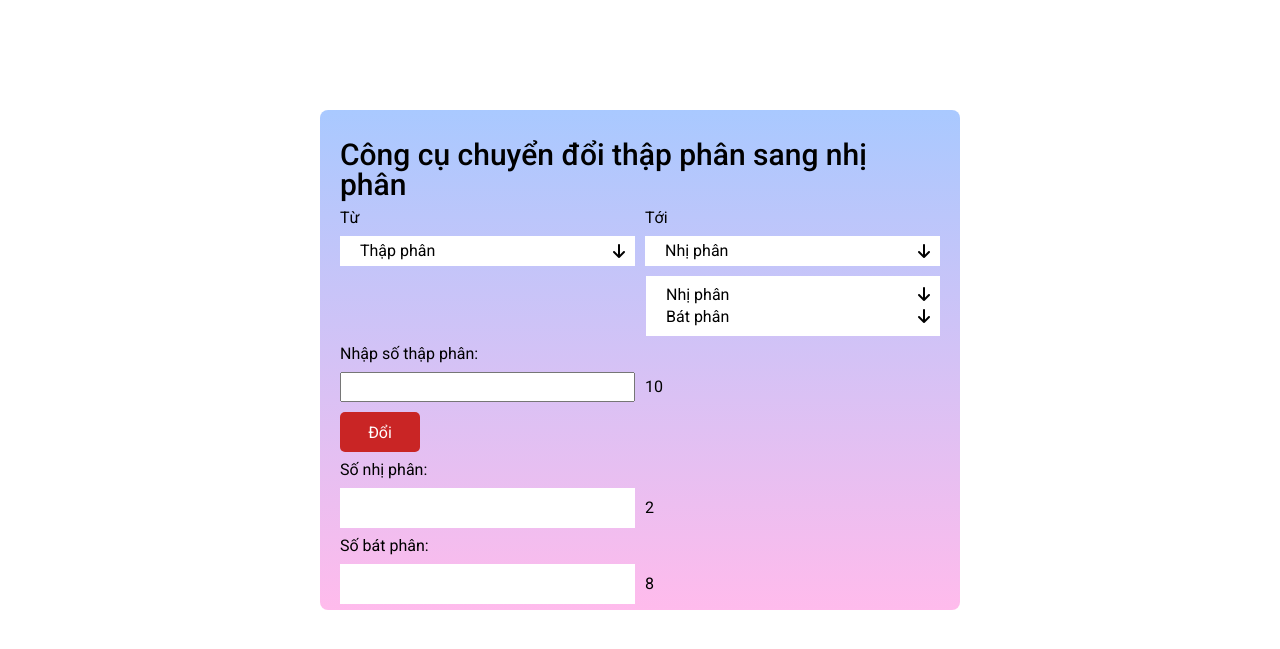
Repository: thuanpham00/covertNumber
Page: index.html
The author's editor kept a copy of each file at every save. The page is drawn from the files as they stood at one save, then again after the next save.
The browser window is 1280 px wide. The pictures show the whole page.
Some web libraries are served in a nearby version. The style sheet was rebuilt from its Sass, Less or Tailwind sources for each picture, by a compiler version that may differ from the author's.

Above is the page before, as saved 2023-11-05 16:47:41.
Console error: TypeError: Cannot read properties of null (reading 'addEventListener')

### index.html
<!DOCTYPE html>
<html lang="en">
    <head>
        <meta charset="UTF-8" />
        <meta name="viewport" content="width=device-width, initial-scale=1.0" />
        <title>Convert Number</title>
        <link rel="stylesheet" href="./assets/css/main.css" />
        <link rel="preconnect" href="https://fonts.googleapis.com" />
        <link rel="preconnect" href="https://fonts.gstatic.com" crossorigin />
        <link
            href="https://fonts.googleapis.com/css2?family=Roboto:wght@400;500;700;900&display=swap"
            rel="stylesheet"
        />
        <script src="https://kit.fontawesome.com/3115b3f4f1.js"></script>
    </head>
    <body>
        <div class="container">
            <h1 class="title">Công cụ chuyển đổi thập phân sang nhị phân</h1>
            <div class="row">
                <span class="row__desc">Từ</span>
                <span class="row__desc">Tới</span>
            </div>
            <div class="row">
                <div class="row__type">
                    <div class="row__item">Thập phân</div>
                    <div class="row__icon">
                        <i class="fa-solid fa-arrow-down"></i>
                    </div>
                </div>

                <div class="row__type">
                    <div class="row__item">Nhị phân</div>
                    <div class="row__icon">
                        <i class="fa-solid fa-arrow-down"></i>
                    </div>
                </div>
            </div>
            <div class="list">
                <div class="list__item">
                    <div class="row__item">Nhị phân</div>
                    <div class="row__icon">
                        <i class="fa-solid fa-arrow-down"></i>
                    </div>
                </div>
                <div class="list__item">
                    <div class="row__item">Bát phân</div>
                    <div class="row__icon">
                        <i class="fa-solid fa-arrow-down"></i>
                    </div>
                </div>
            </div>
            <div class="container__wrapper">
                <div class="desc">Nhập số thập phân:</div>
                <form class="form" autocomplete="off">
                    <div class="row">
                        <input
                            type="text"
                            class="form__input"
                            name="numberInput"
                            required
                        />
                        <span>10</span>
                    </div>
                    <input type="submit" class="form__submit" value="Đổi" />
                </form>

                <div class="desc">Số nhị phân:</div>
                <div class="row">
                    <div class="result">
                        <span class="result__inner"></span>
                    </div>
                    <span>2</span>
                </div>
                <div class="desc">Số bát phân:</div>
                <div class="row">
                    <div class="result">
                        <span class="result__inner inner-2"></span>
                    </div>
                    <span>8</span>
                </div>
            </div>
        </div>

        <script src="./main.js"></script>
    </body>
</html>

### main.js
// // phần nguyên: integerPart
// // phần thập phân: decimalPart
window.addEventListener("load", function () {
    function convertDecimalToBinary(number) {
        let binary = [];
        let integerPart = Math.floor(number); // làm tròn xuống
        let decimalPart = number - integerPart;

        while (integerPart > 0) {
            let number1 = integerPart % 2;
            binary.unshift(number1);
            integerPart = Math.floor(integerPart / 2);
        }
        if (decimalPart > 0) {
            binary.push(".");

            let min = 0;
            let max = 16;
            while (decimalPart > 0 && min < max) {
                decimalPart = decimalPart * 2;
                let digit = Math.floor(decimalPart);
                binary.push(digit);
                decimalPart = decimalPart - digit;
                min++;
            }
        }
        return binary.join(""); // 8.625 (10) -> 1000.101 (2)
    }

    function convertDecimalToOctal(number) {
        let binary = [];
        let integerPart = Math.floor(number); // làm tròn xuống
        let decimalPart = number - integerPart;

        while (integerPart > 0) {
            let number1 = integerPart % 8;
            binary.unshift(number1);
            integerPart = Math.floor(integerPart / 8);
        }
        if (decimalPart > 0) {
            binary.push(".");

            let min = 0;
            let max = 16;
            while (decimalPart > 0 && min < max) {
                decimalPart = decimalPart * 8;
                let digit = Math.floor(decimalPart);
                binary.push(digit);
                decimalPart = decimalPart - digit;
                min++;
            }
        }
        return binary.join(""); // 11.25 (10) -> 13.2 (8)
    }
    const result = document.querySelector(".result__inner");
    const result2 = document.querySelector(".result__inner.inner-2");
    const form = document.querySelector(".form");
    form.addEventListener("submit", function (e) {
        e.preventDefault();
        const input = parseFloat(this.elements["numberInput"].value);
        result.textContent = convertDecimalToBinary(input);
        result2.textContent = convertDecimalToOctal(input);
    });

    const listType = document.querySelector(".row__list")
    listType.addEventListener("click", function(e) {
        const typeItem = e.target.querySelector(".row__type.type-2")
        typeItem.classList.add("type")
    })
});

### scss/main.scss
html,
body,
div,
span,
applet,
object,
iframe,
h1,
h2,
h3,
h4,
h5,
h6,
p,
blockquote,
pre,
a,
abbr,
acronym,
address,
big,
cite,
code,
del,
dfn,
em,
img,
ins,
kbd,
q,
s,
samp,
small,
strike,
strong,
sub,
sup,
tt,
var,
b,
u,
i,
center,
dl,
dt,
dd,
ol,
ul,
li,
fieldset,
form,
label,
legend,
table,
caption,
tbody,
tfoot,
thead,
tr,
th,
td,
article,
aside,
canvas,
details,
embed,
figure,
figcaption,
footer,
header,
hgroup,
menu,
nav,
output,
ruby,
section,
summary,
time,
mark,
audio,
video {
    margin: 0;
    padding: 0;
    border: 0;
    font-size: 100%;
    font: inherit;
    vertical-align: baseline;
}
/* HTML5 display-role reset for older browsers */
article,
aside,
details,
figcaption,
figure,
footer,
header,
hgroup,
menu,
nav,
section {
    display: block;
}
body {
    line-height: 1;
}
ol,
ul {
    list-style: none;
}
blockquote,
q {
    quotes: none;
}
blockquote:before,
blockquote:after,
q:before,
q:after {
    content: "";
    content: none;
}
table {
    border-collapse: collapse;
    border-spacing: 0;
}

*,
::after,
::before {
    box-sizing: border-box;
}

html {
    font-size: 62.5%;
}

body {
    background: #fff;
    font-size: 1.6rem;
    font-family: "Roboto", sans-serif;
}

input,
select,
textarea,
button {
    font-size: inherit;
    font-family: inherit;
}

.container {
    background-color: #a9c9ff;
    background-image: linear-gradient(180deg, #a9c9ff 0%, #ffbbec 100%);

    border-radius: 8px;
    padding: 10px 20px;
    height: 500px;
    position: absolute;
    top: 50%;
    left: 50%;
    transform: translate(-50%, -50%);

    .title {
        margin-top: 20px;
        font-size: 3rem;
        font-weight: 500;
    }

    .row {
        margin-top: 10px;
        display: grid;
        align-items: center;
        grid-template-columns: 1fr 1fr;
        column-gap: 10px;

        .row__type {
            display: flex;
            align-items: center;
            justify-content: space-between;
            padding-left: 20px;
            padding-right: 10px;
            height: 30px;
            width: 100%;
            background: #fff;

            pointer-events: none;

            > i {
                font-size: 0.6rem;
            }
        }

        .result {
            width: 100%;
            height: 40px;
            background: #fff;
            display: flex;
            align-items: center;
            padding-left: 20px;
        }
    }

    .desc {
        margin-top: 10px;
    }

    .form__input {
        height: 30px;
        padding: 5px 0px 5px 20px;
        outline: none;
    }

    .form__submit {
        margin-top: 10px;
        width: 80px;
        height: 40px;
        border-radius: 5px;
        background: #c92525;
        color: #fff;
        outline: none;
        border: none;
    }
}

.list {
    margin-left: auto;
    margin-top: 10px;
    padding-top: 5px;
    height: 60px;
    width: 49%;
    background: #fff;

    .list__item {
        margin-top: 5px;
        display: flex;
        align-items: center;
        justify-content: space-between;
        padding-left: 20px;
        padding-right: 10px;
    }
}

After the next save:
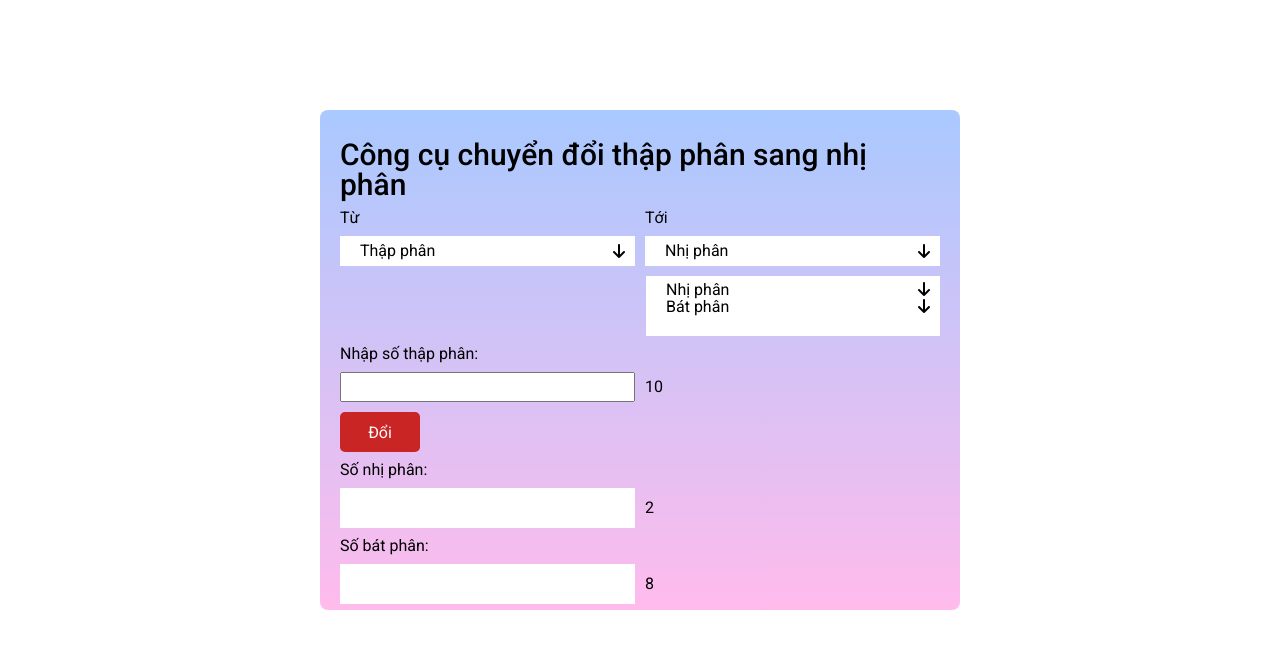
Saved 12 s later.
--- a/scss/main.scss
+++ b/scss/main.scss
@@ -230,7 +230,6 @@ button {
     background: #fff;
 
     .list__item {
-        margin-top: 5px;
         display: flex;
         align-items: center;
         justify-content: space-between;
